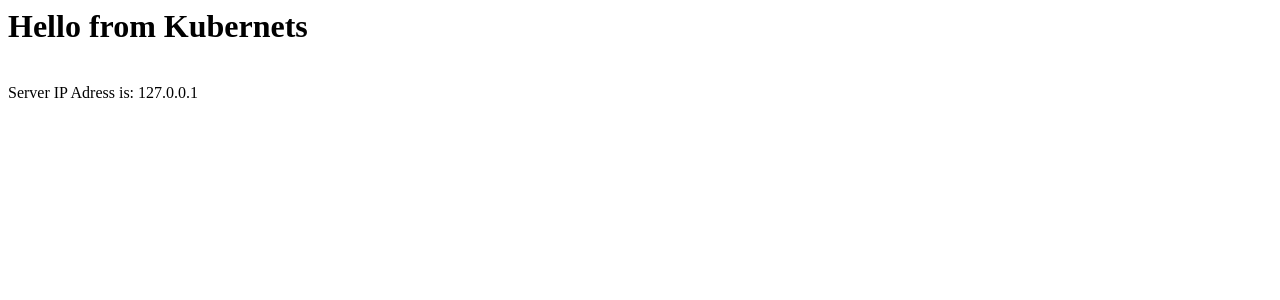
Repository: ISkliarov/Kubernetes
Page: http://localhost/
An editor plug-in stored every save of this project. The page is shown before and after the next save, followed by the edit.
The browser window is 1280 px wide. The pictures show the whole page.
The page is run by PHP 8.4 with error messages shown; the project is at /var/www/html/.

Above is the page before, as saved 2023-08-22 10:48:51.

### Dockerfile/index.php
<?php
$ip_server = $_SERVER['SERVER_ADDR'];

echo "<h1>Hello from Kubernets</h1><br>";
echo "Server IP Adress is: $ip_server", "<br><p>";

?>

After the next save:
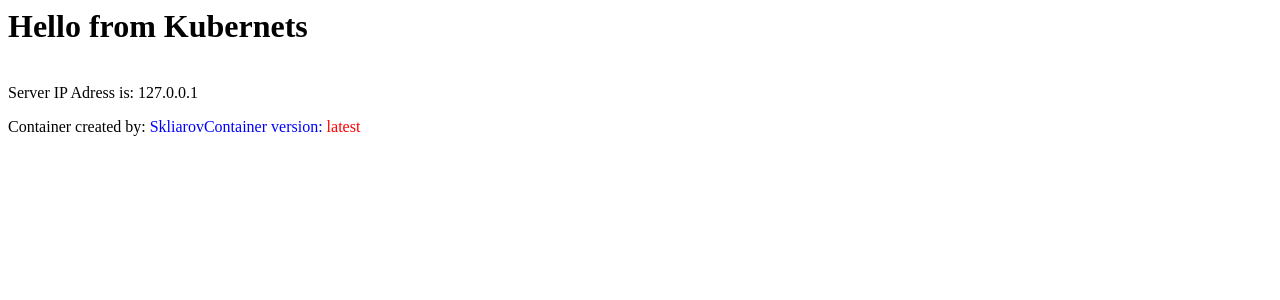
Saved 113 min 52 s later.
--- a/Dockerfile/index.php
+++ b/Dockerfile/index.php
@@ -3,5 +3,7 @@ $ip_server = $_SERVER['SERVER_ADDR'];
 
 echo "<h1>Hello from Kubernets</h1><br>";
 echo "Server IP Adress is: $ip_server", "<br><p>";
+echo "Container created by: <font color=blue> Skliarov";
+echo "Container version: <font color=red>latest";
 
 ?>
